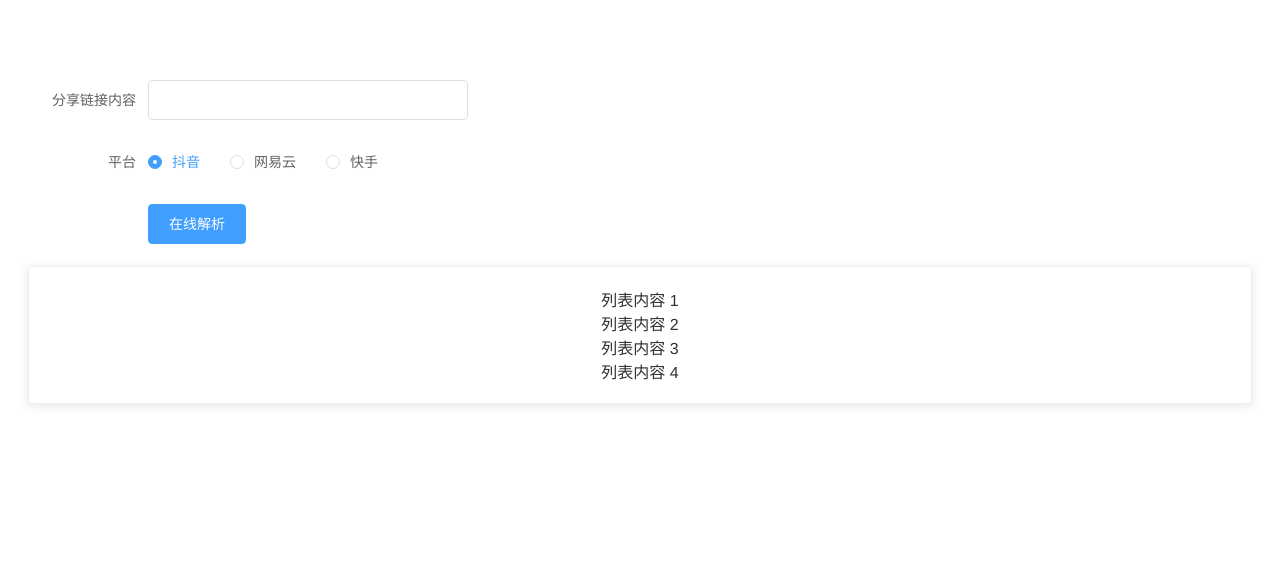
Repository: lyln/freepd
Page: / (app in frontend/freepd/)
The author's editor kept a copy of each file at every save. The page is drawn from the files as they stood at one save, then again after the next save.
The browser window is 1280 px wide. The pictures show the whole page.
The project was rebuilt for these pictures with package versions that can differ from the ones it lists, and the page was loaded fresh each time.

Above is the page before, as saved 2022-05-22 22:43:03.

### frontend/freepd/index.html
<!DOCTYPE html>
<html>
  <head>
    <meta charset="utf-8">
    <meta name="viewport" content="width=device-width,initial-scale=1.0">
    <title>freepd</title>
  </head>
  <body>
    <div id="app"></div>
    <!-- built files will be auto injected -->
  </body>
</html>

### frontend/freepd/src/main.js
// The Vue build version to load with the `import` command
// (runtime-only or standalone) has been set in webpack.base.conf with an alias.
import Vue from 'vue'
import App from './App'
import router from './router'
import ElementUI from 'element-ui';
import 'element-ui/lib/theme-chalk/index.css';

Vue.config.productionTip = false
Vue.use(ElementUI)

/* eslint-disable no-new */
new Vue({
  el: '#app',
  router,
  components: { App },
  template: '<App/>'
})

### frontend/freepd/src/App.vue
<template>
	<div id="app">
		<router-view />
	</div>
</template>

<script>
export default {
	name: 'App',
}
</script>

<style>
#app {
	font-family: 'Avenir', Helvetica, Arial, sans-serif;
	-webkit-font-smoothing: antialiased;
	-moz-osx-font-smoothing: grayscale;
	text-align: center;
	color: #2c3e50;
	margin-top: 60px;
}
</style>

### frontend/freepd/src/components/HelloWorld.vue
<template>
	<el-container>
		<el-main style="wide: 80%">
			<el-row>
				<el-col :span="24">
					<div class="grid-content bg-purple-dark"></div>

					<el-form ref="form" :model="form" label-width="120px" class="fpd-form">
						<el-form-item label="分享链接内容">
							<el-input v-model="form.url"></el-input>
						</el-form-item>
						<el-form-item label="平台" label-width="120px">
							<el-radio-group v-model="form.type">
								<el-radio :label="1">抖音</el-radio>
								<el-radio :label="2">网易云</el-radio>
								<el-radio :label="3">快手</el-radio>
							</el-radio-group>
						</el-form-item>
						<el-form-item>
							<el-button type="primary" @click="onSubmit">在线解析</el-button>
						</el-form-item>
					</el-form>

					<el-card class="box-card">
						<div v-for="o in 4" :key="o" class="text item">
							{{'列表内容 ' + o }}
						</div>
					</el-card>
				</el-col>
			</el-row>
		</el-main>
	</el-container>

</template>
<script>
import axios from 'axios'
export default {
	name: 'HelloWorld',
	data() {
		return {
			msg: 'free parse download',
			form: {
				url: '',
				type: 1,
			},
		}
	},
	methods: {
		onSubmit() {
			console.log('submit!')
			axios
				.post('http://127.0.0.1:8000/douyin', { url: this.form.url })
				.then((res) => {
					console.log(res.data)
				})
				.catch((err) => {
					console.log('请求失败', err)
				})
		},
	},
}
</script>

<!-- Add "scoped" attribute to limit CSS to this component only -->
<style scoped>
h1,
h2 {
	font-weight: normal;
}
ul {
	list-style-type: none;
	padding: 0;
}
li {
	display: inline-block;
	margin: 0 10px;
}
a {
	color: #42b983;
}
.el-input {
	width: 320px;
}

.fpd-form {
	text-align: left;
}
</style>

Loaded but not shown: frontend/freepd/src/router/index.js (common file)

After the next save:
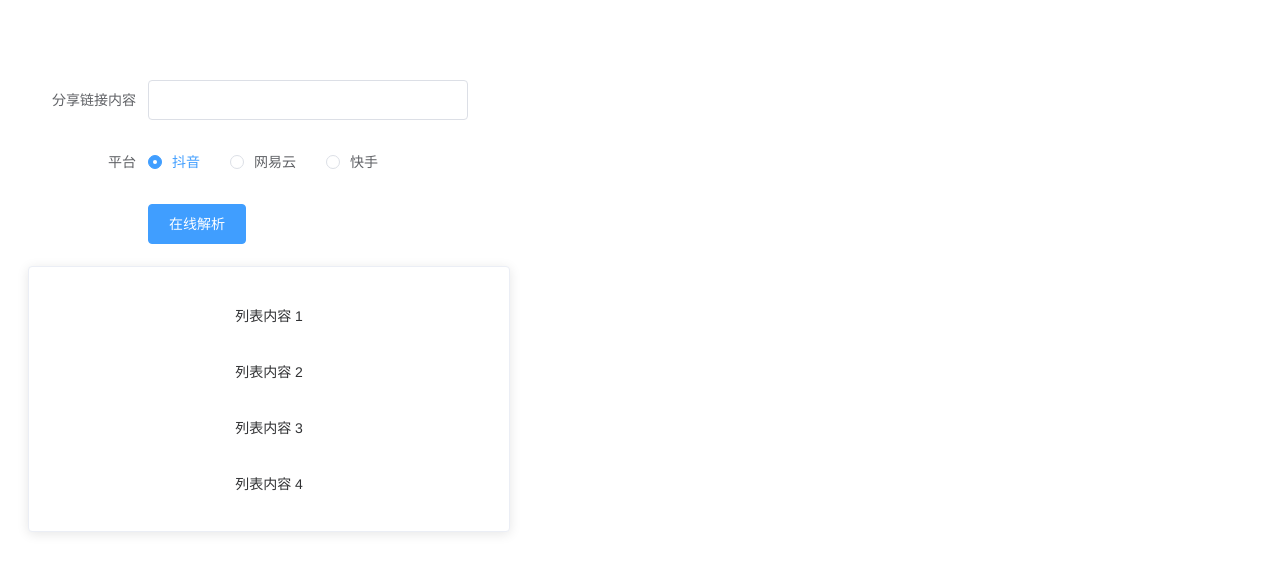
Saved 21 s later.
--- a/frontend/freepd/src/components/HelloWorld.vue
+++ b/frontend/freepd/src/components/HelloWorld.vue
@@ -85,4 +85,16 @@ a {
 .fpd-form {
 	text-align: left;
 }
+
+.text {
+	font-size: 14px;
+}
+
+.item {
+	padding: 18px 0;
+}
+
+.box-card {
+	width: 480px;
+}
 </style>
